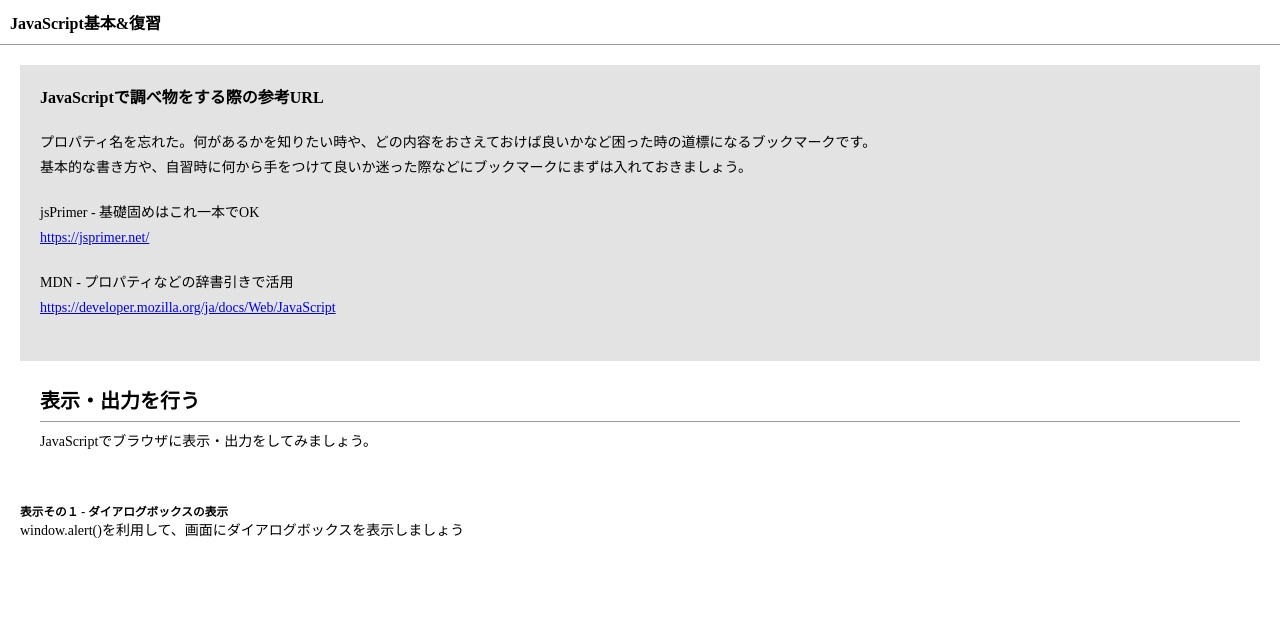
Repository: Yuto-Arakawa/study_js
Page: 01_basic/荒川/ara_basic01.html
These files come from the project's save history. The page is drawn as it stood at one moment and after the next save; the edit follows.
The browser window is 1280 px wide. The pictures show the whole page.

Above is the page before, as saved 2026-11-06 15:29:24.

After the next save:
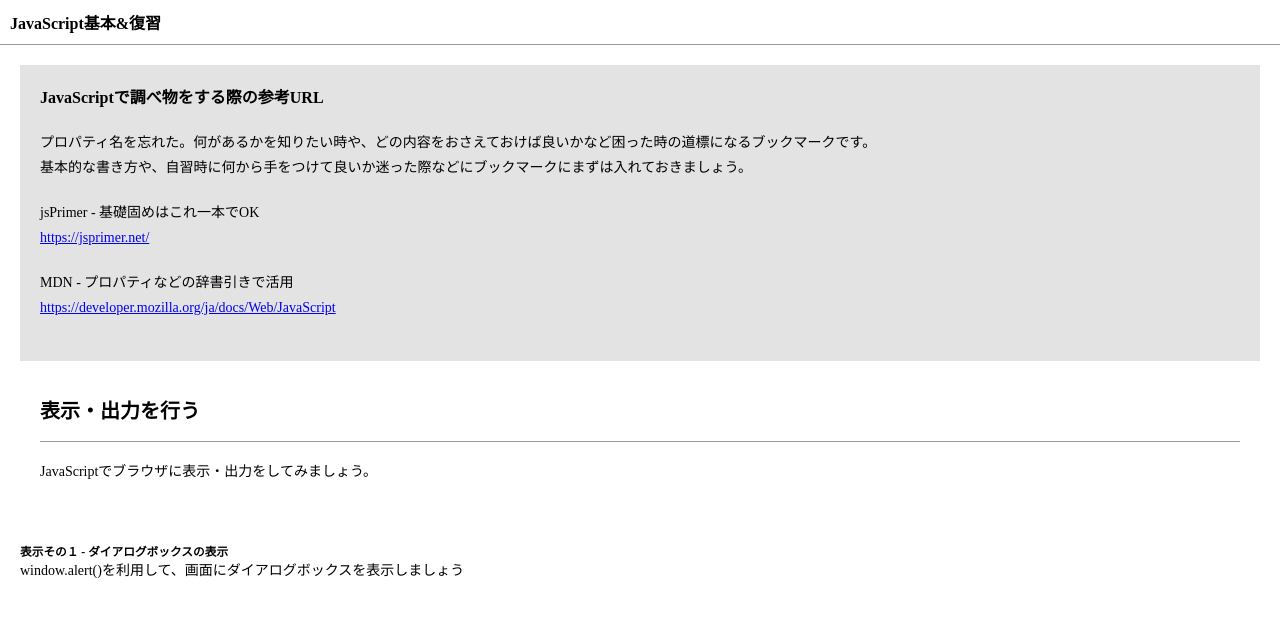
Saved 15 s later.
--- a/01_basic/荒川/css/basic01.css
+++ b/01_basic/荒川/css/basic01.css
@@ -29,7 +29,7 @@ main{
 
 .output{
     padding: 20px;
-    line-height: 40px;
+    line-height: 60px;
     h2{
         font-size: 20px;
         border-bottom: solid 1px #999;
